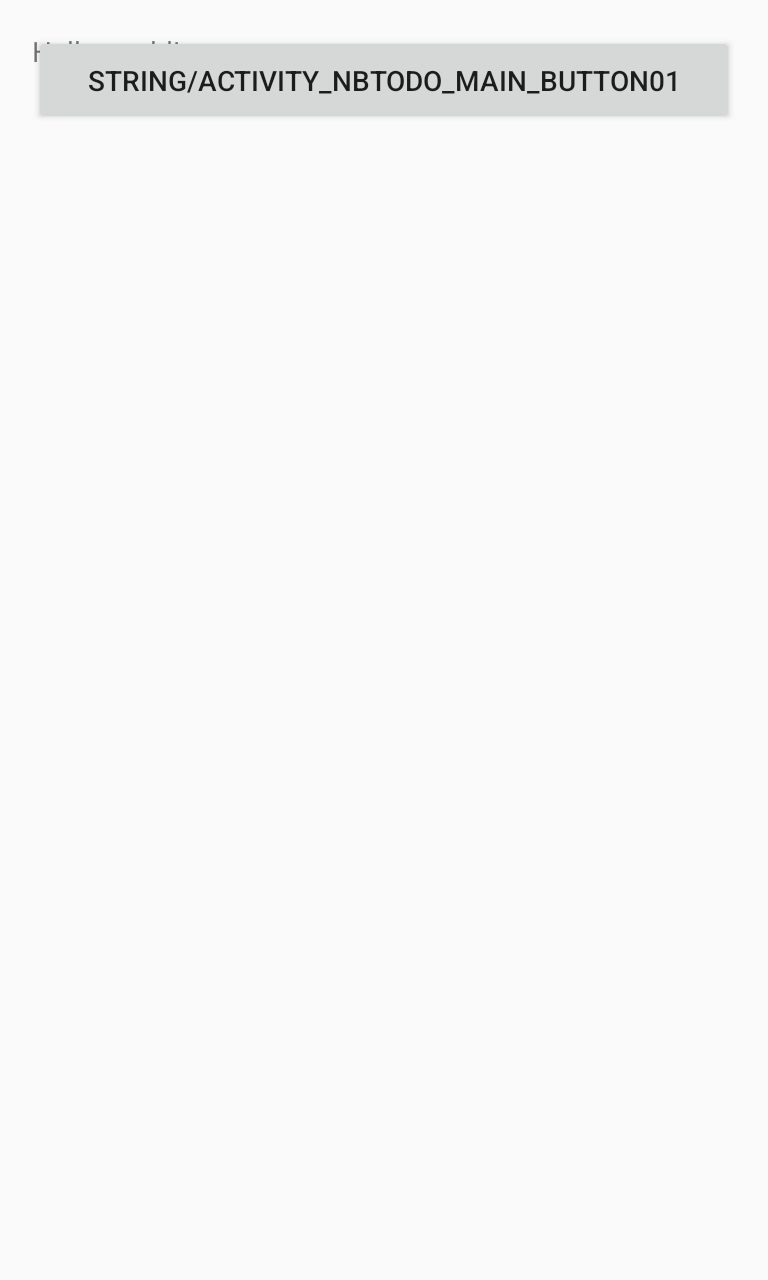
Repository: sh-zh-en/NBTodo
Layout: nbtodo/NBTodo/res/layout/activity_nbtodo_main.xml
The author's editor kept a copy of each file at every save. The layout is drawn from the files as they stood at one save, then again after the next save.
It is drawn on a 768 x 1280 px phone screen (xhdpi) without system bars, with theme AppTheme; the app's code is not run.

Above is the layout before, as saved 2015-02-05 19:15:42.

After the next save:
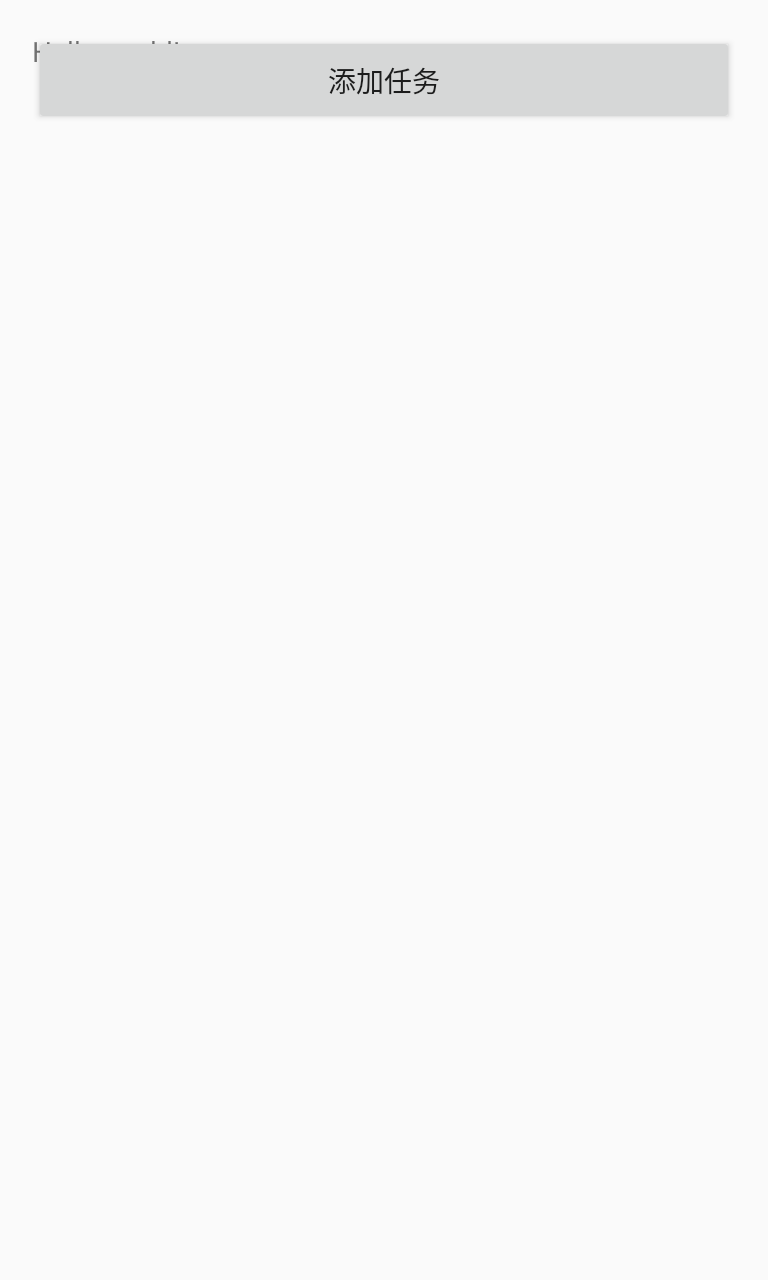
Saved 3 min 22 s later.
--- a/nbtodo/NBTodo/res/layout/activity_nbtodo_main.xml
+++ b/nbtodo/NBTodo/res/layout/activity_nbtodo_main.xml
@@ -16,7 +16,7 @@
         android:id="@+id/button"
         android:layout_width="match_parent"
         android:layout_height="wrap_content"
-        android:text="string/activity_nbtodo_main_button01" />
+        android:text="@string/activity_nbtodo_main_button01" />
 
 
 </RelativeLayout>
